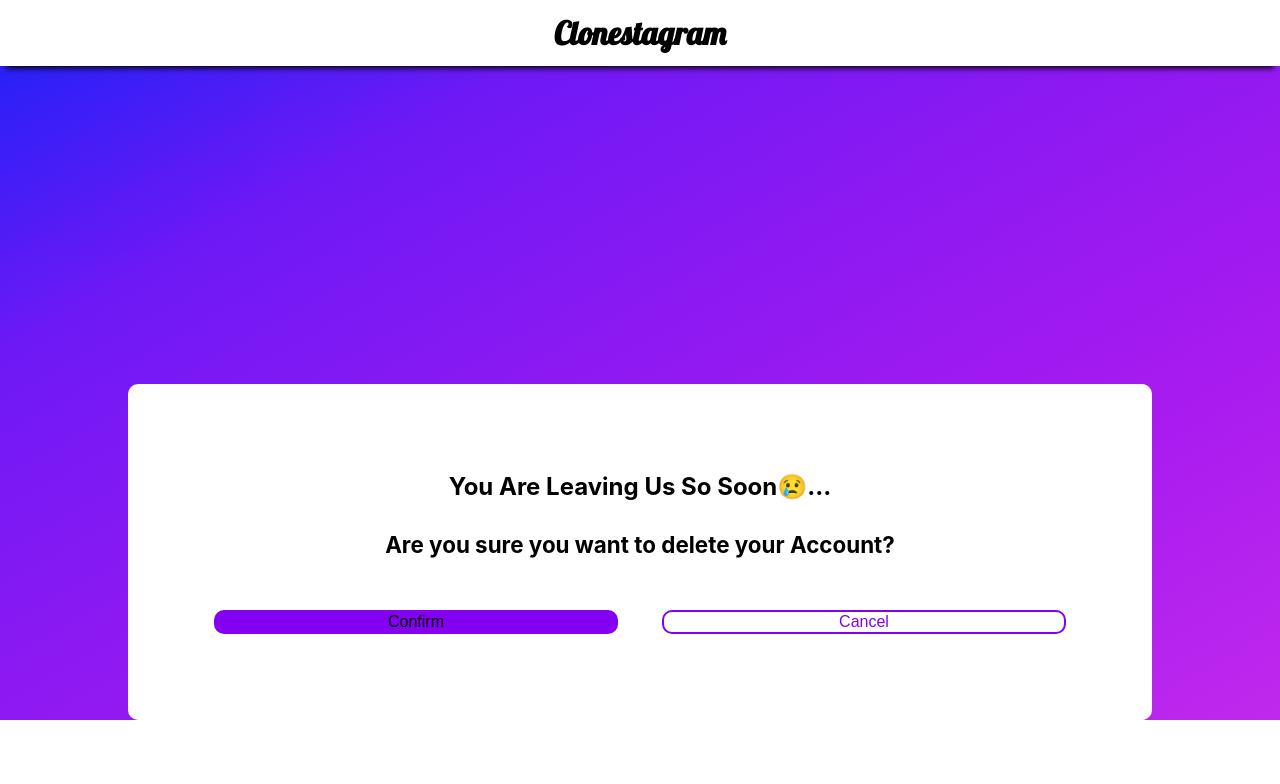
Repository: MikeMoore55/clonestagram
Page: /delaccount
An editor plug-in stored every save of this project. The page is shown before and after the next save, followed by the edit.
The browser window is 1280 px wide. The pictures show the whole page.
The page's requests for data from a server got no answer. The project was rebuilt for these pictures with package versions that can differ from the ones it lists, and the page was loaded fresh each time. The framework's server and built-in components were replaced by stand-ins that run in the browser. No one was signed in, and anything a server would have sent is missing. Also part of the build but not shown: next.config.js.

Above is the page before, as saved 2022-11-24 09:09:44.

After the next save:
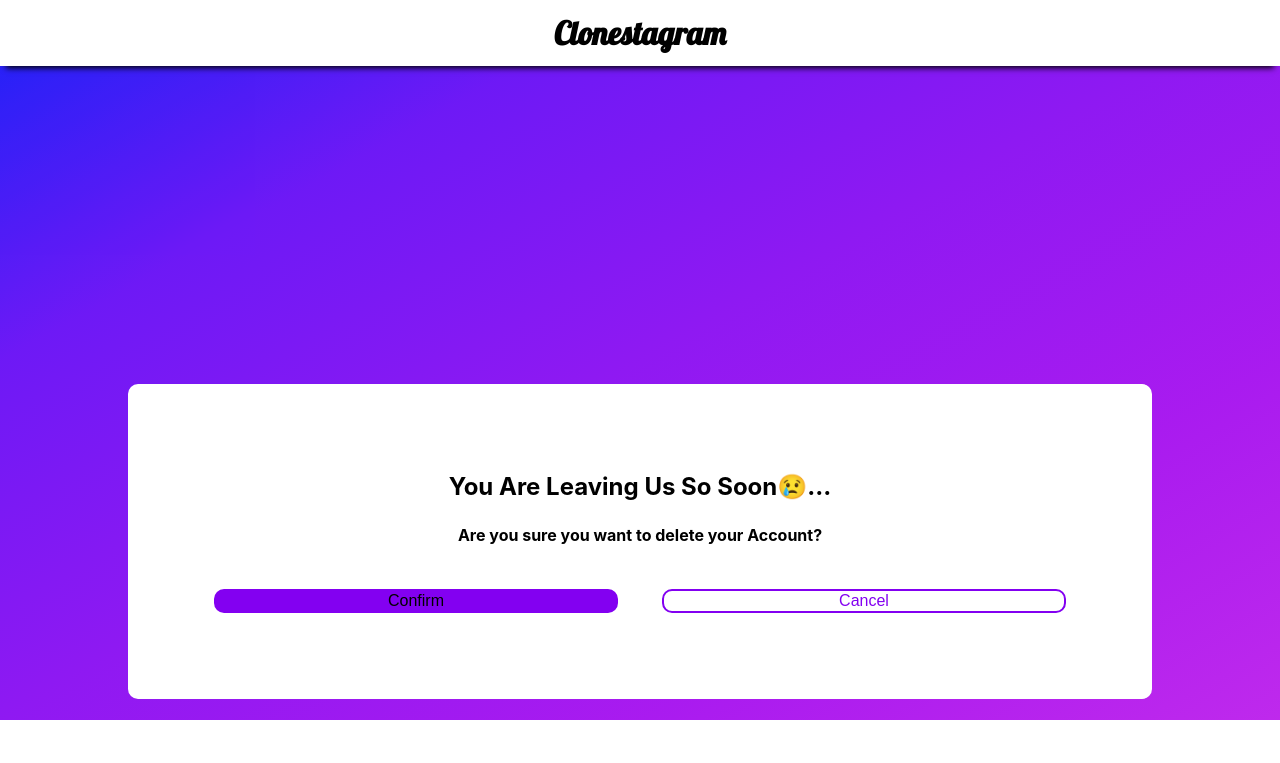
Saved 74 s later.
--- a/styles/DelAccount.module.css
+++ b/styles/DelAccount.module.css
@@ -19,9 +19,9 @@
     font-size: 1.5em;
 }
 
-.heading2 {
+.text {
     position: relative;
-    font-size: 1.4em;
+    font-size: 1.2em;
 }
 
 .btnContainer {
